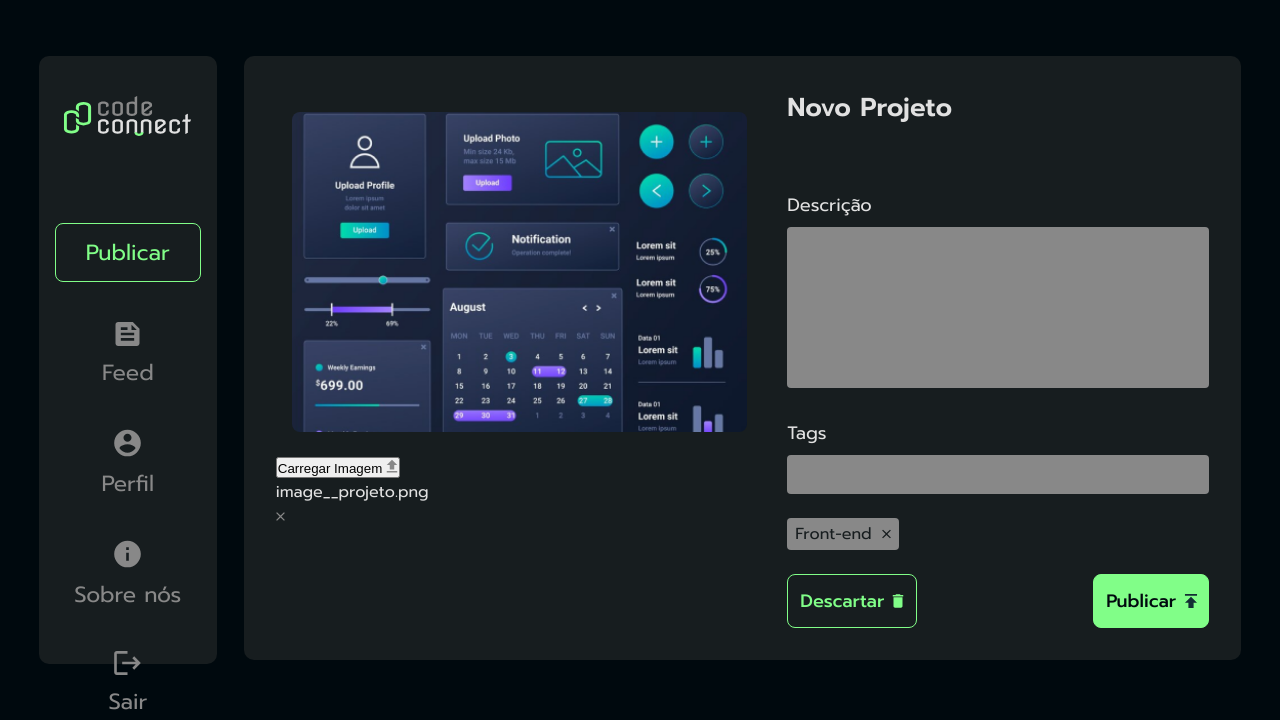
Repository: joaoPraiaJunior/async_await
Page: index.html
An editor plug-in stored every save of this project. The page is shown before and after the next save, followed by the edit.
The browser window is 1280 px wide. The pictures show the whole page.

Above is the page before, as saved 2024-08-24 20:51:37.

### index.html
<!DOCTYPE html>
<html lang="pt-BR" dir="ltr">

<head>
    <meta charset="UTF-8">
    <meta name="viewport" content="width=device-width, initial-scale=1.0">
    <meta name="description" content="Projeto Async Await">
    <link rel="preconnect" href="https://fonts.googleapis.com">
    <link rel="preconnect" href="https://fonts.gstatic.com" crossorigin>
    <link href="https://fonts.googleapis.com/css2?family=Prompt:ital,wght@0,100;0,200;0,300;0,400;0,500;0,600;0,700;0,800;0,900;1,100;1,200;1,300;1,400;1,500;1,600;1,700;1,800;1,900&display=swap" rel="stylesheet">
    <link rel="stylesheet" href="./css/styles.css">
    <title>CodeConnect</title>
</head>

<body>

    <aside class="l-lateral">
        <figure><img src="./img/Logo.svg" alt="Logo do codeconnect"></figure>
        <nav class="c-menu">
            <ul class="c-menu__lista">
                <li class="c-menu__item"><a href="#" class="c-menu__link">Publicar</a></li>
                <li class="c-menu__item"><a href="#" class="c-menu__link"><img src="./img/feed.svg" aria-hidden="true" alt>Feed</a></li>
                <li class="c-menu__item"><a href="#" class="c-menu__link"><img src="./img/account_circle.svg" aria-hidden="true" alt>Perfil</a></li>
                <li class="c-menu__item"><a href="#" class="c-menu__link"><img src="./img/info.svg" aria-hidden="true" alt>Sobre nós</a></li>
                <li class="c-menu__item"><a href="#" class="c-menu__link"><img src="./img/logout.svg" aria-hidden="true" alt>Sair</a></li>
            </ul>
        </nav>
    </aside>

    <main class="l-principal">
        <div class="c-upload-imagem">
            <div class="c-upload-imagem__container">
                <figure class="c-upload-imagem__publicacao">
                    <img src="./img/imagem1.png" alt>
                </figure>
            </div>
            <button class="c-upload-imagem__botao" aria-label="carregar imagem">Carregar Imagem <img src="./img/upload.svg" aria-hidden="true" alt></button>
            <div class="c-upload-imagem__descricao">
                <p>image__projeto.png</p>
                <img src="./img/close.svg" aria-hidden="true" alt>
            </div>
        </div>

        <div class="c-formulario">
            <h2 class="c-formulario__titulo">Novo Projeto</h2>
            <form class="c-formulario__acoes">
                <div class="c-formulario__grupo">
                    <label for="Descricao">Descrição</label>
                    <textarea name="descricao" id="descricao">
                    </textarea>
                </div>

                <div class="c-formulario__grupo">
                    <label for="Tags">Tags</label>
                    <input type="text" name="tags" id="tags">
                </div>

                <ul class="c-formulario__lista">
                    <li class="c-formulario__lista-tags">
                        <p>Front-end</p>
                        <img src="./img/close-black.svg" alt>
                    </li>
                </ul>

                <div class="c-formulario__botoes">
                    <button class="c-formulario__botao c-formulario__botao--descartar">Descartar</button>
                    <button class="c-formulario__botao c-formulario__botao--salvar">Publicar</button>
                </div>
            </form>
        </div>
    </main>

    <script src="./js/scripts.js"></script>
</body>

</html>

### css/styles.css
:root {
  /* Cores */
  --background-color: #00090e;
  --cor-do-texto: #e1e1e1;
  --cor-primaria: #81fe88;
  --cor-secundaria: #888888;
  --cor-da-tag: #171d1f;
  --componentes-do-background: #171d1f;

  /* Fontes */
  --fonte-padrao: "Prompt", sans-serif;
}

* {
  margin: 0;
  padding: 0;
  box-sizing: border-box;
}

html {
  font-size: 62.5%;
}

body {
  display: flex;
  justify-content: center;
  align-items: start;
  gap: 2.7rem;
  font-family: var(--fonte-padrao);
  font-size: 1.6rem;
  background-color: var(--background-color);
  color: var(--cor-do-texto);
  padding: 5.6rem 0;
  height: 100vh;
}

.l-lateral {
  text-align: center;
  background-color: var(--componentes-do-background);
  border-radius: 1rem;
  padding: 4rem 1.6rem;
  height: 100%;
}

.c-menu__lista {
  display: flex;
  flex-direction: column;
  align-items: center;
  gap: 4rem;
  margin-top: 8rem;
  list-style-type: none;
}

.c-menu__link {
  display: flex;
  flex-direction: column;
  align-items: center;
  gap: 1rem;
  font-size: 2.2rem;
  text-decoration: none;
  color: var(--cor-secundaria);
}

.c-menu__lista li:first-of-type a {
  color: var(--cor-primaria);
  border: 0.1rem solid var(--cor-primaria);
  border-radius: 0.8rem;
  padding: 1.2rem 3rem;
}

.l-principal {
  display: flex;
  gap: 2.4rem;
  background-color: var(--componentes-do-background);
  border-radius: 1rem;
  padding: 3.2rem;
}

.c-formulario {
  display: flex;
  flex-direction: column;
  gap: 2.4rem;
  width: 42.2rem;
}

.c-formulario__titulo {
  font-size: 2.6rem;
  font-weight: 600;
  margin-bottom: 4rem;
}

.c-formulario__acoes {
  display: flex;
  flex-direction: column;
  gap: 2.4rem;
}

.c-formulario__grupo label {
  display: block;
  font-size: 1.8rem;
  font-weight: 400;
  margin-bottom: 0.8rem;
}

.c-formulario__grupo input,
textarea {
  background-color: var(--cor-secundaria);
  font-family: var(--fonte-padrao);
  line-height: 2.25rem;
  border: none;
  border-radius: 0.4rem;
  padding: 0.8rem 1.6rem;
  width: 100%;
}

.c-formulario__grupo textarea {
  resize: none;
  height: 16.1rem;
}

.c-formulario__grupo input {
  height: 3.9rem;
}

.c-formulario__lista {
  display: flex;
  list-style-type: none;
}

.c-formulario__lista-tags {
  display: flex;
  gap: 1rem;
  color: var(--cor-da-tag);
  background-color: var(--cor-secundaria);
  border-radius: 0.4rem;
  padding: 0.4rem 0.8rem;
}

.c-formulario__botoes {
  display: flex;
  justify-content: space-between;
  gap: 2.4rem;
}

.c-formulario__botao {
  font-family: var(--fonte-padrao);
  font-size: 1.8rem;
  font-weight: 500;
  text-align: center;
  border-radius: 0.8rem;
  padding: 1.2rem 3.2rem 1.2rem 1.2rem;
  cursor: pointer;
}

.c-formulario__botao--descartar,
.c-formulario__botao--salvar {
  position: relative;
}

.c-formulario__botao--descartar {
  color: var(--cor-primaria);
  background-color: var(--componentes-do-background);
  border: 0.1rem solid var(--cor-primaria);
}

.c-formulario__botao--salvar {
  color: var(--background-color);
  background-color: var(--cor-primaria);
  border: 0.1rem solid var(--cor-primaria);
}

.c-formulario__botao--descartar::after,
.c-formulario__botao--salvar::after {
  content: "";
  display: inline-block;
  position: absolute;
  top: 50%;
  background-size: contain;
  background-repeat: no-repeat;
  margin-left: 0.8rem;
  width: 1.5rem;
  height: 1.5rem;
  transform: translateY(-50%);
}

.c-formulario__botao--descartar::after {
  background-image: url("../img/trash.svg");
}

.c-formulario__botao--salvar::after {
  background-image: url("../img/arrow_forward2.svg");
}

.c-upload-imagem__publicacao {
    background-color: var(--secundary-color);
    border-radius: .8rem;
    padding: 2.4rem 1.6rem;
    height: 36.8rem;

}

.c-upload-imagem__publicacao img {
    border-radius: .8rem;
    object-fit: cover;
    height: 100%;
}

Loaded but not shown: js/scripts.js (no copy from this time; the picture is the same without it)

After the next save:
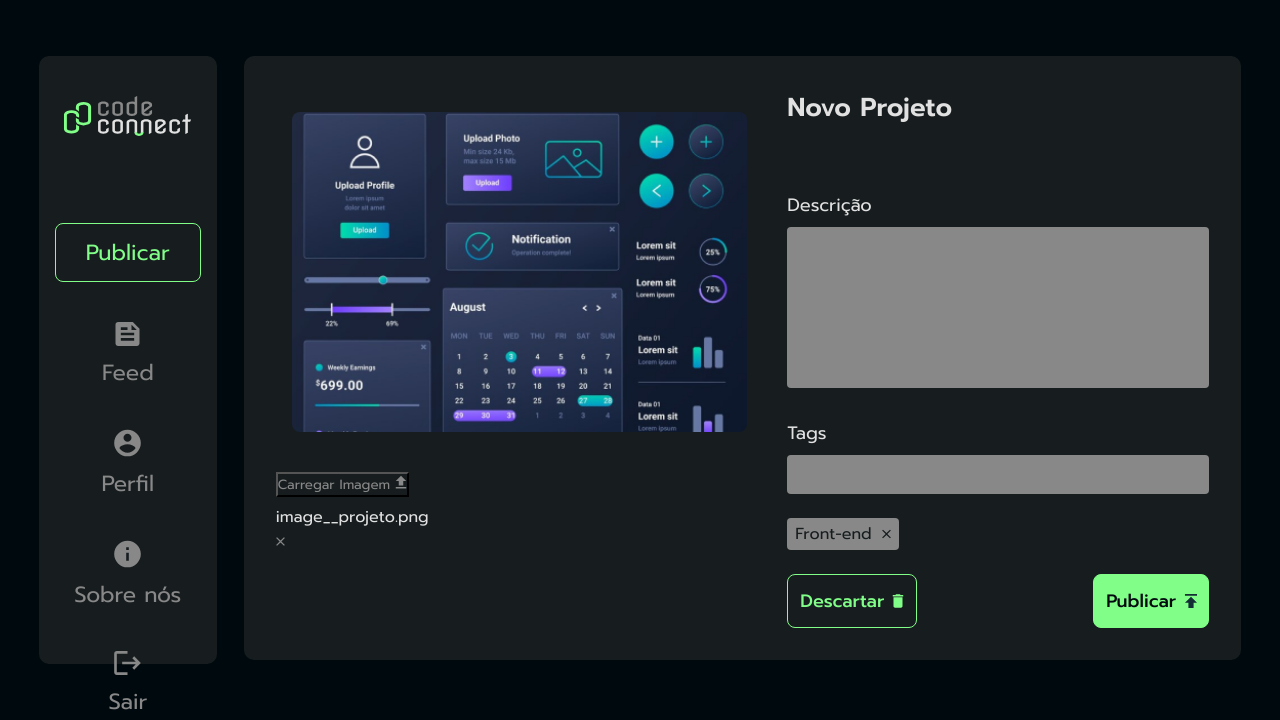
Saved 2 min 28 s later.
--- a/css/styles.css
+++ b/css/styles.css
@@ -204,3 +204,11 @@ textarea {
     object-fit: cover;
     height: 100%;
 }
+
+.c-upload-imagem__botao {
+    position: relative;
+    color: var(--cor-secundaria);
+    font-family: var(--fonte-padrao);
+    background-color: var(--componentes-do-background);
+    margin: 1.6rem 0 .8rem 0;
+}
